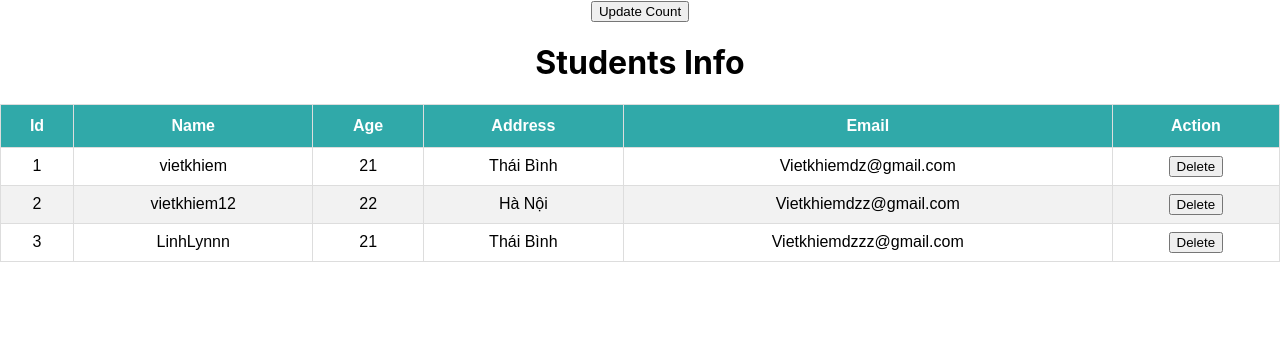
Repository: vietkhiem/TypeScript
Page: /
These files come from the project's save history. The page is drawn as it stood at one moment and after the next save; the edit follows.
The browser window is 1280 px wide. The pictures show the whole page.
The project was rebuilt for these pictures with package versions that can differ from the ones it lists, and the page was loaded fresh each time.

Above is the page before, as saved 2022-03-18 17:07:17.

### src/App.tsx
import React, {useState} from 'react';
import './App.css';
import Login from './pages/login';
import TableCustom from './pages/table';


function App() {
  const [count, setCount] = useState<number>(0);
  const studentsData = [
    {
      name: 'vietkhiem',
      age: 21,
      address: 'Thái Bình',
      email: 'Vietkhiemdz@gmail.com',
      action: 'Delete'
    },
    {
      name: 'vietkhiem12',
      age: 22,
      address: 'Hà Nội',
      email: 'Vietkhiemdzz@gmail.com',
      action: 'Delete'
    },
    {
      name: 'LinhLynnn',
      age: 21,
      address: 'Thái Bình',
      email: 'Vietkhiemdzzz@gmail.com',
      action: 'Delete'
    }
  ]
  return (
    <div className="App">
      <button onClick={() => setCount(count+1)}>Update Count</button>
      {/* thêm view login vào trong App.tsx */}
        <Login />
        {/* thêm components table vào app */}
        <TableCustom rows={studentsData} />

    </div>
  );
}

export default App;

### src/App.css
.App {
  text-align: center;
}

.App-link {
  color: #61dafb;
}

@keyframes App-logo-spin {
  from {
    transform: rotate(0deg);
  }
  to {
    transform: rotate(360deg);
  }
}
.customers {
  font-family: Arial, Helvetica, sans-serif;
  border-collapse: collapse;
  width: 100%;
}

.customers td, .customers th {
  border: 1px solid #ddd;
  padding: 8px;
}

.customers tr:nth-child(even){background-color: #f2f2f2;}

.customers tr:hover {background-color: #ddd;}

.customers th {
  padding-top: 12px;
  padding-bottom: 12px;
  text-align: center;
  background-color: rgb(48, 169, 169);
  color: white;
}

### src/pages/login/index.tsx
import React from 'react'

export default function Login() {
  return (
    <h1>Students Info</h1>
  )
}

### src/pages/table/index.tsx
import React from "react";

type row = {
  name: string,
  age: number,
  address: string,
  email: string,
  action: string
}
type TableProps = {
  rows: row[]
}
function Table({rows} : TableProps) {
    return (
      <table className="customers">
          <thead>
              <tr>
                <th>Id</th>
                <th>Name</th>
                <th>Age</th>
                <th>Address</th>
                <th>Email</th>
                <th>Action</th>
              </tr>
          </thead>
          <tbody>
              {
                rows.map((row, index) => (
                  <tr key={index}>
                    <td>{index +1}</td>
                    <td>{row.name}</td>
                    <td>{row.age}</td>
                    <td>{row.address}</td>
                    <td>{row.email}</td>
                    <td>
                      <button>{row.action}</button>
                    </td>
                  </tr>
                ))
              }
          </tbody>
      </table>
    );
}
export default Table;

Loaded but not shown: public/index.html (common file); src/index.tsx (common file); src/index.css (common file); src/reportWebVitals.ts (common file)

After the next save:
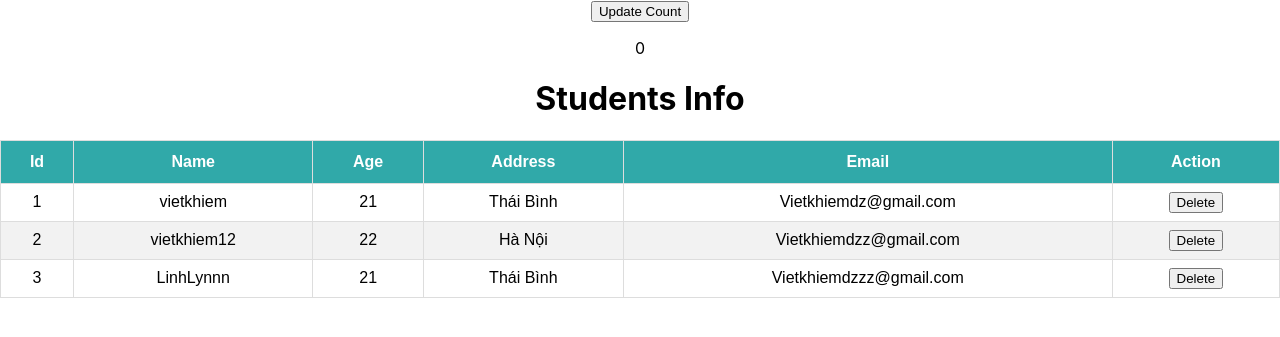
Saved 33 s later.
--- a/src/App.tsx
+++ b/src/App.tsx
@@ -32,6 +32,7 @@ function App() {
   return (
     <div className="App">
       <button onClick={() => setCount(count+1)}>Update Count</button>
+      <p>{count}</p>
       {/* thêm view login vào trong App.tsx */}
         <Login />
         {/* thêm components table vào app */}
